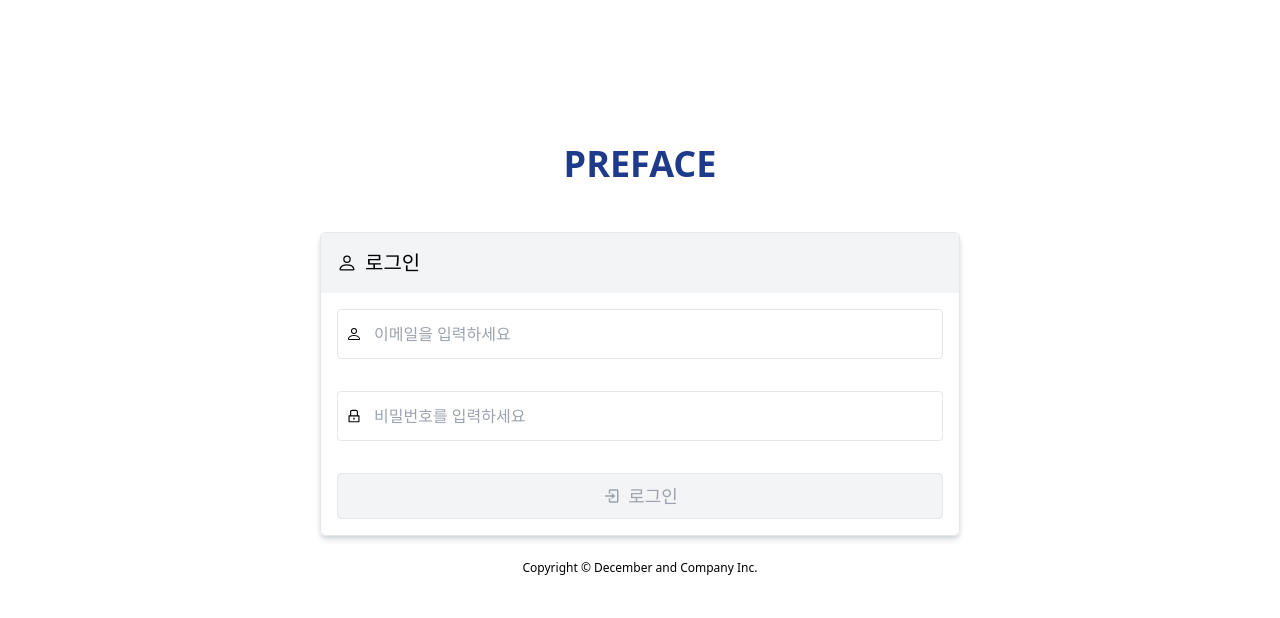
Repository: wanted-pre-onboarding-4/pre-onboarding-assignment-week-4-1-team-4
Page: /login (app in client/)
The author's editor kept a copy of each file at every save. The page is drawn from the files as they stood at one save, then again after the next save.
The browser window is 1280 px wide. The pictures show the whole page.
The project was rebuilt for these pictures with package versions that can differ from the ones it lists, and the page was loaded fresh each time. Also part of the build but not shown: client/src/components/Footer.jsx, client/src/components/Header.jsx, client/src/components/Sider.jsx, client/src/components/Layout.jsx.

Above is the page before, as saved 2022-09-20 21:32:29.

After the next save:
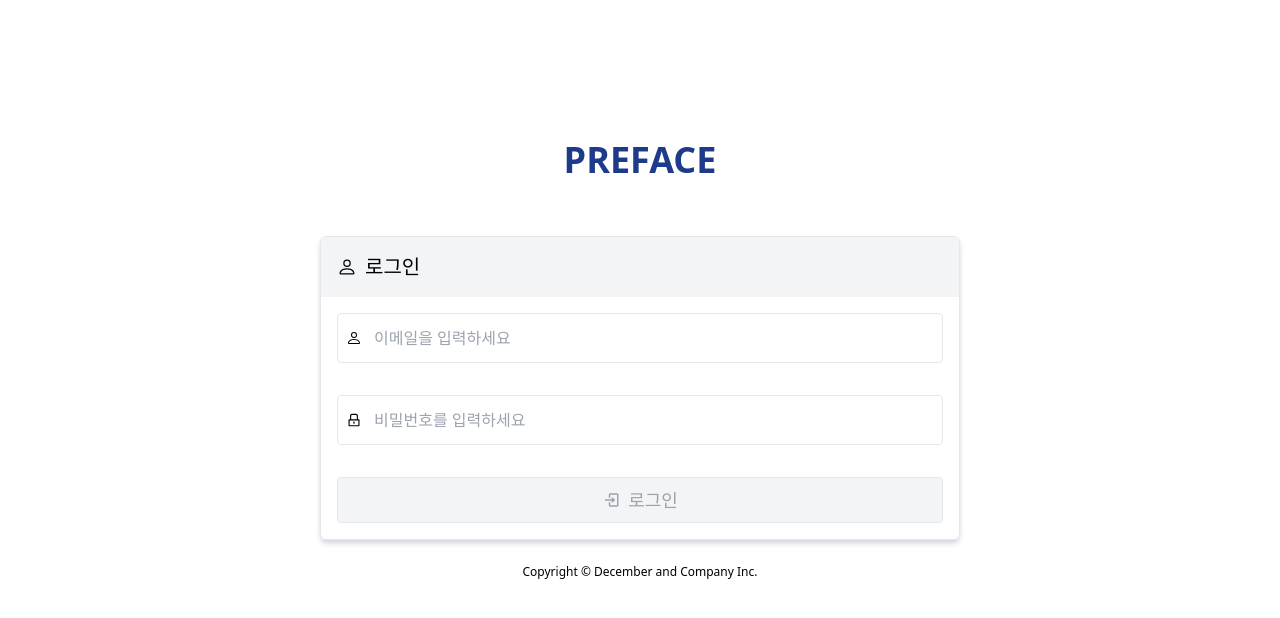
Saved 4 s later.
--- a/client/src/pages/login/Login.jsx
+++ b/client/src/pages/login/Login.jsx
@@ -6,7 +6,7 @@ import { BiLogIn } from 'react-icons/bi';
 const Login = () => {
   return (
     <div className='flex flex-col justify-center items-center w-full gap-y-6'>
-    <h1 className='text-4xl font-bold text-blue-900 mb-6'>PREFACE</h1>
+    <h1 className='text-4xl font-bold text-blue-900 mb-8'>PREFACE</h1>
       <div className='border-solid border-[1px] rounded-md shadow-md shadow-gray-300 w-1/2'>
         <div className="flex items-center justify-start space-x-2 p-4 font-medium text-xl bg-gray-100">
           <BsPerson />
